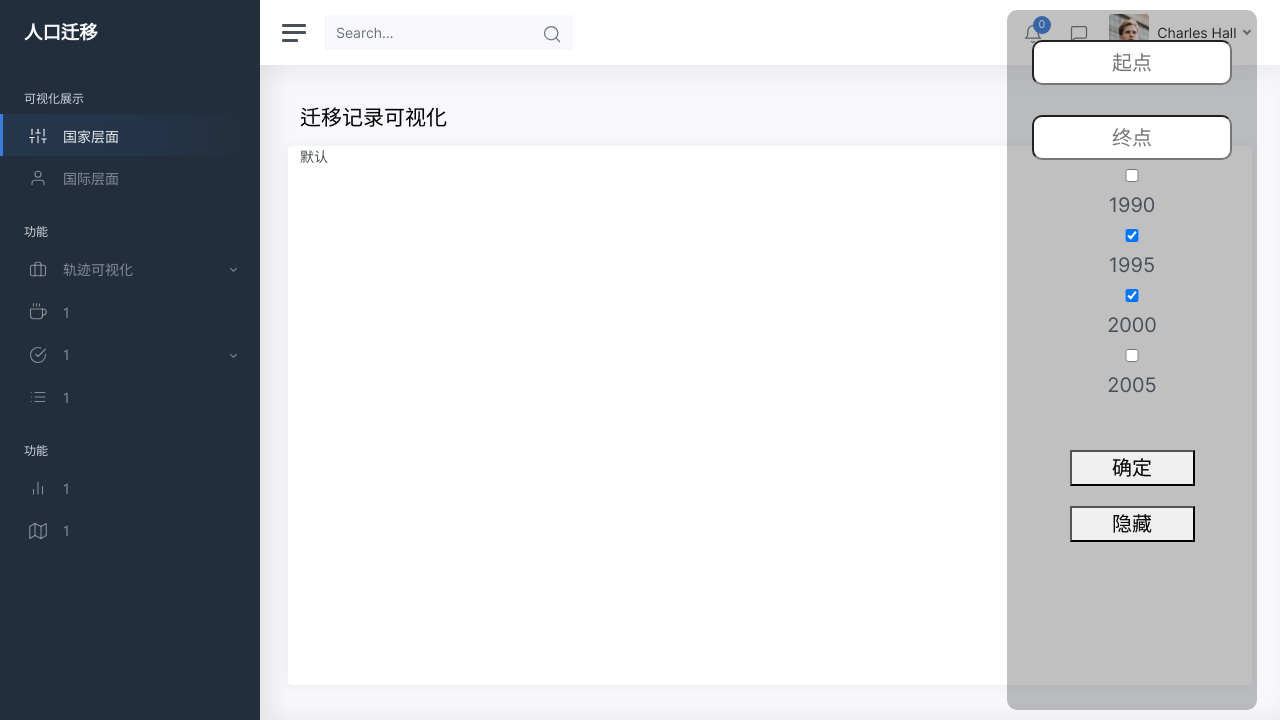
Repository: yuwei0922/WHURS-WGIS
Page: final_project/pages-profile.html
The author's editor kept a copy of each file at every save. The page is drawn from the files as they stood at one save, then again after the next save.
The browser window is 1280 px wide. The pictures show the whole page.
Some web libraries are served in a nearby version.

Above is the page before, as saved 2022-12-26 14:20:46.
Not found: final_project/js/vendor.js

### final_project/pages-profile.html
<!DOCTYPE html>
<html lang="en">

<head>
	<meta charset="utf-8">
	<meta http-equiv="X-UA-Compatible" content="IE=edge">
	<meta name="viewport" content="width=device-width, initial-scale=1, shrink-to-fit=no">
	<meta name="description" content="Responsive Web UI Kit &amp; Dashboard Template based on Bootstrap">
	<meta name="author" content="AdminKit">
	<meta name="keywords" content="adminkit, bootstrap, web ui kit, dashboard template, admin template">
	<link rel="shortcut icon" href="img/icons/icon-48x48.png" />
	<title>Profile</title>
	<link href="css/app.css" rel="stylesheet">
	<link rel="stylesheet" href="css/content.css">
	<link href="https://cdn.bootcdn.net/ajax/libs/font-awesome/6.1.1/css/all.css" rel="stylesheet">
</head>


<body>
	<div class="wrapper">
		<!--左边导航栏-->
		<nav id="sidebar" class="sidebar">
			<div class="sidebar-content js-simplebar">
				<a class="sidebar-brand" href="index.html">
					<span class="align-middle">人口迁移</span>
				</a>

				<ul class="sidebar-nav">
					<li class="sidebar-header">
						可视化展示
					</li>

					<li class="sidebar-item active">
						<a class="sidebar-link" href="index.html">
							<i class="align-middle" data-feather="sliders"></i> <span class="align-middle">国家层面</span>
						</a>
					</li>

					<li class="sidebar-item">
						<a class="sidebar-link" href="#">
							<i class="align-middle" data-feather="user"></i> <span class="align-middle">国际层面</span>
						</a>
					</li>


					<li class="sidebar-header">
						功能
					</li>

					<li class="sidebar-item">
						<a href="#ui" data-toggle="collapse" class="sidebar-link collapsed">
							<i class="align-middle" data-feather="briefcase"></i>
							<span class="align-middle">轨迹可视化</span>
						</a>
						<ul id="ui" class="sidebar-dropdown list-unstyled collapse " data-parent="#sidebar">
							<li class="sidebar-item"><a class="sidebar-link" href="pages-profile.html">大屏显示</a></li>
							<li class="sidebar-item"><a class="sidebar-link" href="#">轨迹选取</a></li>
						</ul>
					</li>

					<li class="sidebar-item">
						<a class="sidebar-link" href="icons-feather.html">
							<i class="align-middle" data-feather="coffee"></i> <span class="align-middle">1</span>
						</a>
					</li>

					<li class="sidebar-item">
						<a href="#forms" data-toggle="collapse" class="sidebar-link collapsed">
							<i class="align-middle" data-feather="check-circle"></i> <span class="align-middle">1</span>
						</a>
						<ul id="forms" class="sidebar-dropdown list-unstyled collapse " data-parent="#sidebar">
							<li class="sidebar-item"><a class="sidebar-link" href="forms-layouts.html">1</a>
							</li>
							<li class="sidebar-item"><a class="sidebar-link" href="forms-basic-inputs.html">1</a></li>
						</ul>
					</li>

					<li class="sidebar-item">
						<a class="sidebar-link" href="tables-bootstrap.html">
							<i class="align-middle" data-feather="list"></i> <span class="align-middle">1</span>
						</a>
					</li>

					<li class="sidebar-header">
						功能
					</li>

					<li class="sidebar-item">
						<a class="sidebar-link" href="charts-chartjs.html">
							<i class="align-middle" data-feather="bar-chart-2"></i> <span class="align-middle">1</span>
						</a>
					</li>

					<li class="sidebar-item">
						<a class="sidebar-link" href="maps-google.html">
							<i class="align-middle" data-feather="map"></i> <span class="align-middle">1</span>
						</a>
					</li>
				</ul>

			</div>
		</nav>
		<!--中间主要部分-->
		<div class="main">
			<!--头顶导航栏-->
			<nav class="navbar navbar-expand navbar-light navbar-bg">
				<a class="sidebar-toggle d-flex">
					<i class="hamburger align-self-center"></i>
				</a>

				<form class="form-inline d-none d-sm-inline-block">
					<div class="input-group input-group-navbar">
						<input type="text" class="form-control" placeholder="Search…" aria-label="Search">
						<div class="input-group-append">
							<button class="btn" type="button">
								<i class="align-middle" data-feather="search"></i>
							</button>
						</div>
					</div>
				</form>

				<div class="navbar-collapse collapse">
					<ul class="navbar-nav navbar-align">
						<li class="nav-item dropdown">
							<a class="nav-icon dropdown-toggle" href="#" id="alertsDropdown" data-toggle="dropdown">
								<div class="position-relative">
									<i class="align-middle" data-feather="bell"></i>
									<span class="indicator">0</span>
								</div>
							</a>
							<div class="dropdown-menu dropdown-menu-lg dropdown-menu-right py-0"
								aria-labelledby="alertsDropdown">
								<div class="dropdown-menu-header">
									0个未读注意事项
								</div>
								<div class="list-group">
									<a href="#" class="list-group-item">
										<div class="row no-gutters align-items-center">
											<div class="col-2">
												<i class="text-danger" data-feather="alert-circle"></i>
											</div>
											<div class="col-10">
												<div class="text-dark">升级</div>
												<div class="text-muted small mt-1">Restart server 12 to complete the
													update.</div>
												<div class="text-muted small mt-1">30m ago</div>
											</div>
										</div>
									</a>
									<a href="#" class="list-group-item">
										<div class="row no-gutters align-items-center">
											<div class="col-2">
												<i class="text-warning" data-feather="bell"></i>
											</div>
											<div class="col-10">
												<div class="text-dark">Lorem ipsum</div>
												<div class="text-muted small mt-1">Aliquam ex eros, imperdiet vulputate
													hendrerit et.</div>
												<div class="text-muted small mt-1">2h ago</div>
											</div>
										</div>
									</a>
									<a href="#" class="list-group-item">
										<div class="row no-gutters align-items-center">
											<div class="col-2">
												<i class="text-primary" data-feather="home"></i>
											</div>
											<div class="col-10">
												<div class="text-dark">Login from 192.186.1.8</div>
												<div class="text-muted small mt-1">5h ago</div>
											</div>
										</div>
									</a>
									<a href="#" class="list-group-item">
										<div class="row no-gutters align-items-center">
											<div class="col-2">
												<i class="text-success" data-feather="user-plus"></i>
											</div>
											<div class="col-10">
												<div class="text-dark">New connection</div>
												<div class="text-muted small mt-1">Christina accepted your request.
												</div>
												<div class="text-muted small mt-1">14h ago</div>
											</div>
										</div>
									</a>
								</div>
								<div class="dropdown-menu-footer">
									<a href="#" class="text-muted">Show all notifications</a>
								</div>
							</div>
						</li>
						<li class="nav-item dropdown">
							<a class="nav-icon dropdown-toggle" href="#" id="messagesDropdown" data-toggle="dropdown">
								<div class="position-relative">
									<i class="align-middle" data-feather="message-square"></i>
								</div>
							</a>
							<div class="dropdown-menu dropdown-menu-lg dropdown-menu-right py-0"
								aria-labelledby="messagesDropdown">
								<div class="dropdown-menu-header">
									<div class="position-relative">
										4 New Messages
									</div>
								</div>
								<div class="list-group">
									<a href="#" class="list-group-item">
										<div class="row no-gutters align-items-center">
											<div class="col-2">
												<img src="img/avatars/avatar-5.jpg"
													class="avatar img-fluid rounded-circle" alt="Vanessa Tucker">
											</div>
											<div class="col-10 pl-2">
												<div class="text-dark">Vanessa Tucker</div>
												<div class="text-muted small mt-1">Nam pretium turpis et arcu. Duis arcu
													tortor.</div>
												<div class="text-muted small mt-1">15m ago</div>
											</div>
										</div>
									</a>
									<a href="#" class="list-group-item">
										<div class="row no-gutters align-items-center">
											<div class="col-2">
												<img src="img/avatars/avatar-2.jpg"
													class="avatar img-fluid rounded-circle" alt="William Harris">
											</div>
											<div class="col-10 pl-2">
												<div class="text-dark">William Harris</div>
												<div class="text-muted small mt-1">Curabitur ligula sapien euismod
													vitae.</div>
												<div class="text-muted small mt-1">2h ago</div>
											</div>
										</div>
									</a>
									<a href="#" class="list-group-item">
										<div class="row no-gutters align-items-center">
											<div class="col-2">
												<img src="img/avatars/avatar-4.jpg"
													class="avatar img-fluid rounded-circle" alt="Christina Mason">
											</div>
											<div class="col-10 pl-2">
												<div class="text-dark">Christina Mason</div>
												<div class="text-muted small mt-1">Pellentesque auctor neque nec urna.
												</div>
												<div class="text-muted small mt-1">4h ago</div>
											</div>
										</div>
									</a>
									<a href="#" class="list-group-item">
										<div class="row no-gutters align-items-center">
											<div class="col-2">
												<img src="img/avatars/avatar-3.jpg"
													class="avatar img-fluid rounded-circle" alt="Sharon Lessman">
											</div>
											<div class="col-10 pl-2">
												<div class="text-dark">Sharon Lessman</div>
												<div class="text-muted small mt-1">Aenean tellus metus, bibendum sed,
													posuere ac, mattis non.</div>
												<div class="text-muted small mt-1">5h ago</div>
											</div>
										</div>
									</a>
								</div>
								<div class="dropdown-menu-footer">
									<a href="#" class="text-muted">Show all messages</a>
								</div>
							</div>
						</li>
						<li class="nav-item dropdown">
							<a class="nav-icon dropdown-toggle d-inline-block d-sm-none" href="#"
								data-toggle="dropdown">
								<i class="align-middle" data-feather="settings"></i>
							</a>

							<a class="nav-link dropdown-toggle d-none d-sm-inline-block" href="#"
								data-toggle="dropdown">
								<img src="img/avatars/avatar.jpg" class="avatar img-fluid rounded mr-1"
									alt="Charles Hall" /> <span class="text-dark">Charles Hall</span>
							</a>
							<div class="dropdown-menu dropdown-menu-right">
								<a class="dropdown-item" href="pages-profile.html"><i class="align-middle mr-1"
										data-feather="user"></i> Profile</a>
								<a class="dropdown-item" href="#"><i class="align-middle mr-1"
										data-feather="pie-chart"></i> Analytics</a>
								<div class="dropdown-divider"></div>
								<a class="dropdown-item" href="pages-settings.html"><i class="align-middle mr-1"
										data-feather="settings"></i> Settings & Privacy</a>
								<a class="dropdown-item" href="#"><i class="align-middle mr-1"
										data-feather="help-circle"></i> Help Center</a>
								<div class="dropdown-divider"></div>
								<a class="dropdown-item" href="#">Log out</a>
							</div>
						</li>
					</ul>
				</div>
			</nav>
			<main class="content">
				<div class="container-fluid p-0 map-background">
					<h1 class="h3 mb-3">迁移记录可视化</h1>
					<div class="row map-background">
						<div class="card col-12 mapcontent">默认</div>
					</div>
				</div>
			</main>
		</div>
	<div class="select-contronller" style="border-radius: 10px; font-size: 20px;">
		<input type="text" placeholder="起点" name="ori" class="input-right" id="input-ori">
		<input type="text" placeholder="终点" name="des" class="input-right" id="input-des">
		<input type="checkbox"  name="year" value="1990" class="radiosel" style="position: static;opacity: 1;" >1990
		<input type="checkbox"  name="year" value="1995" class="radiosel" style="position: static;opacity: 1;"checked>1995
		<input type="checkbox"  name="year" value="2000" class="radiosel" style="position: static;opacity: 1;"checked>2000
		<input type="checkbox"  name="year" value="2005" class="radiosel" style="position: static;opacity: 1;">2005
		<br>
		<br>
		<button class="submitcheck2" style="width: 50%; margin-top: 20px;">确定</button>
		<br>
		<button class="displaycheck" style="width: 50%; margin-top: 20px;">隐藏</button>
	</div>
	<script src="js/jquery.js"></script>
	<script src="js/sendguiji.js"></script>
	<script src="js/vendor.js"></script>
	<script src="js/app.js"></script>
	<script>
		let changedis=document.querySelector(".displaycheck")
		changedis.addEventListener('mouseover',function(){this.style.cursor="pointer"})
		changedis.addEventListener('click',function(e){
			e.target.parentNode.style.opacity=0;})
		let yesy=document.querySelector('#year')
	</script>
</body>

</html>

### final_project/css/content.css
.map-background {
    height: 100%;
}

.mapcontent {
    height: 90%;
}

.select-contronller {
    position: absolute;
    height: 700px;
    top: 50%;
    right: 23px;
    transform: translateY(-50%);
    background-color: rgba(45, 48, 43, 0.3);
    text-align: center;
    width: 250px;
    opacity: 1;
    transition: .5s;

}

.input-right {
    margin-top: 30px;
    width: 80%;
    text-align: center;
    border-radius: 10px;
    height: 45px;
}



.radiosel {
    margin-top: 5px;
    width: 100%;
}

.inouttype {
    margin-top: 30px;
    margin-left: 10px;
}

.changedis {
    position: absolute;
    height: 40px;
    font-size: 25px;
    width: 100%;
    bottom: 0;
    margin: 0 auto;
    color: black;
    background-color: rgba(45, 48, 43, 0.4);
    border-radius: 10px;
}

#selectcountry {
    width: 340px;
    height: 60px;
    text-align: center;
    font-size: 20px;
    font-weight: 700;
    margin-top: 5%;
    display: block;
}

#selectworld {
    width: 340px;
    height: 60px;
    text-align: center;
    font-size: 20px;
    font-weight: 700;
    margin-top: 5%;
    display: block;
}

input[type="checkbox"] {
    position: absolute;
    opacity: 0;
    z-index: -1;
}

.check-box {
    display: flex;
    align-items: center;
    width: 90px;
    height: 50px;
    background: #2f4056;
    border-radius: 25px;
    cursor: pointer;
    transition: all 0.5s ease;
}

.check-boxworld{
    display: flex;
    align-items: center;
    width: 90px;
    height: 50px;
    background: #2f4056;
    border-radius: 25px;
    cursor: pointer;
    transition: all 0.5s ease;
}

.check-handler {
    display: flex;
    justify-content: center;
    align-items: center;
    margin-left: 5px;
    width: 40px;
    height: 40px;
    background: #fff;
    border-radius: 50%;
    box-shadow: 0 0 8px rgba(0, 0, 0, 0.3);
    transition: all 0.5s ease;
}

.check-handlerworld {
    display: flex;
    justify-content: center;
    align-items: center;
    margin-left: 5px;
    width: 40px;
    height: 40px;
    background: #fff;
    border-radius: 50%;
    box-shadow: 0 0 8px rgba(0, 0, 0, 0.3);
    transition: all 0.5s ease;
}

.check-handler::before {
    font-family: "Font Awesome 6 Free";
    content: "入";
    color: #2f4056;
    font-size: 1.5em;
    font-weight: 900;
}

.check-handlerworld::before {
    font-family: "Font Awesome 6 Free";
    content: "入";
    color: #2f4056;
    font-size: 1.5em;
    font-weight: 900;
}

input[type="checkbox"]:checked+.check-box {
    background: #5fb878;
}

input[type="checkbox"]:checked+.check-box .check-handler {
    margin-left: 50%;
}

input[type="checkbox"]:checked+.check-box .check-handler::before {
    font-family: "Font Awesome 6 Free";
    content: "出";
    color: #5fb878;
}

input[type="checkbox"]:checked+.check-boxworld {
    background: #5fb878;
}

input[type="checkbox"]:checked+.check-boxworld .check-handlerworld {
    margin-left: 50%;
}

input[type="checkbox"]:checked+.check-boxworld .check-handlerworld::before {
    font-family: "Font Awesome 6 Free";
    content: "出";
    color: #5fb878;
}

.timecontainerworld{
    width: 300px;
    height: 50px;
    border:0px solid red;
}

.timecontainer{
    width: 300px;
    height: 50px;
    border:0px solid red;
}
.dot{
    border:1px solid #007Aff;
    width: 11px;
    height: 11px;
    border-radius: 10px;
    background: white;
    margin: auto;
    margin-bottom: -6px;
}
.item{
    flex:1.5;
    border-bottom:1px solid #cdcdcd;
}
.item1{
    flex:1;
    border-bottom:0px solid #cdcdcd;
}

.submitcheck{
    width:40% ;
    margin:20px auto;
}

.submitcheckworld{
    width:40% ;
    margin:20px auto;
}

### final_project/js/sendguiji.js
let submitcheck2=document.querySelector('.submitcheck2')
let yearselect=document.querySelectorAll('.radiosel')
let inputori=document.getElementById('input-ori')
let inputdes=document.getElementById('input-des')
let yearcom=[]
let resultcom=[]
let resultcom_=[]
let oritext
let destext
submitcheck2.addEventListener('click',function(){
    resultcom=[]
    resultcom_=[]
    for(let i=0;i<yearselect.length;i++){
        if(yearselect[i].checked){
            yearcom.push(i)
        }
    }
    oritext=inputori.value;
    destext=inputdes.value;
    if(oritext||destext){
        if(oritext){
            lowori=(oritext+'_out').toLowerCase()
            $.ajax({
                type: "get",
                url: `http://43.143.132.59:8080/countryflow?table=${lowori}&flag=0`,
                changeOrigin: true,
                dataType: "json",
                success: function (res) {
                    if(destext){
                        for(let i=0;i<res.length;i++){
                            if(res[i].country_dest==destext){
                                resultcom.push(res[i])
                            }
                        }
                    }
                    else{
                        resultcom=res
                    }
                }
            });
        }else{
            lowdes=(destext+'_in').toLowerCase()
            $.ajax({
                type: "get",
                url: `http://43.143.132.59:8080/countryflow?table=${lowdes}&flag=0`,
                changeOrigin: true,
                dataType: "json",
                success: function (res) {
                    console.log(res)
                    if(oritext){
                        for(let i=0;i<res.length;i++){
                            if(res[i].country_orig==oritext){
                                resultcom_.push(res[i])
                            }
                        }
                    }
                    else{
                        resultcom_=res
                    }
                }
            });
        }
    }
})

Loaded but not shown: final_project/css/app.css (library); final_project/js/jquery.js (library); final_project/js/app.js (library)

After the next save:
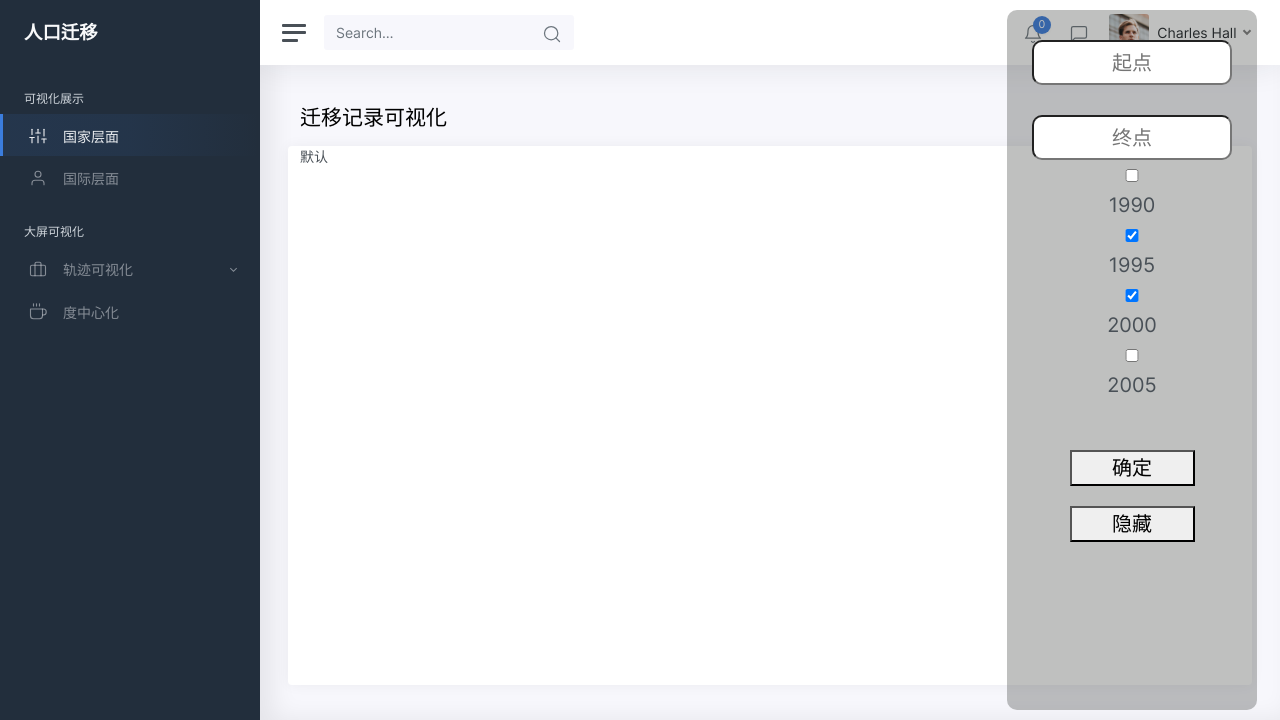
Saved 45 s later.
--- a/final_project/pages-profile.html
+++ b/final_project/pages-profile.html
@@ -37,14 +37,14 @@
 					</li>
 
 					<li class="sidebar-item">
-						<a class="sidebar-link" href="#">
+						<a class="sidebar-link" href="ui-cards.html">
 							<i class="align-middle" data-feather="user"></i> <span class="align-middle">国际层面</span>
 						</a>
 					</li>
 
 
 					<li class="sidebar-header">
-						功能
+						大屏可视化
 					</li>
 
 					<li class="sidebar-item">
@@ -54,48 +54,16 @@
 						</a>
 						<ul id="ui" class="sidebar-dropdown list-unstyled collapse " data-parent="#sidebar">
 							<li class="sidebar-item"><a class="sidebar-link" href="pages-profile.html">大屏显示</a></li>
-							<li class="sidebar-item"><a class="sidebar-link" href="#">轨迹选取</a></li>
+							<li class="sidebar-item"><a class="sidebar-link" href="#">Buttons</a>轨迹选取</li>
 						</ul>
 					</li>
 
 					<li class="sidebar-item">
-						<a class="sidebar-link" href="icons-feather.html">
-							<i class="align-middle" data-feather="coffee"></i> <span class="align-middle">1</span>
+						<a class="sidebar-link" href="pages-settings.html">
+							<i class="align-middle" data-feather="coffee"></i> <span class="align-middle">度中心化</span>
 						</a>
 					</li>
 
-					<li class="sidebar-item">
-						<a href="#forms" data-toggle="collapse" class="sidebar-link collapsed">
-							<i class="align-middle" data-feather="check-circle"></i> <span class="align-middle">1</span>
-						</a>
-						<ul id="forms" class="sidebar-dropdown list-unstyled collapse " data-parent="#sidebar">
-							<li class="sidebar-item"><a class="sidebar-link" href="forms-layouts.html">1</a>
-							</li>
-							<li class="sidebar-item"><a class="sidebar-link" href="forms-basic-inputs.html">1</a></li>
-						</ul>
-					</li>
-
-					<li class="sidebar-item">
-						<a class="sidebar-link" href="tables-bootstrap.html">
-							<i class="align-middle" data-feather="list"></i> <span class="align-middle">1</span>
-						</a>
-					</li>
-
-					<li class="sidebar-header">
-						功能
-					</li>
-
-					<li class="sidebar-item">
-						<a class="sidebar-link" href="charts-chartjs.html">
-							<i class="align-middle" data-feather="bar-chart-2"></i> <span class="align-middle">1</span>
-						</a>
-					</li>
-
-					<li class="sidebar-item">
-						<a class="sidebar-link" href="maps-google.html">
-							<i class="align-middle" data-feather="map"></i> <span class="align-middle">1</span>
-						</a>
-					</li>
 				</ul>
 
 			</div>
